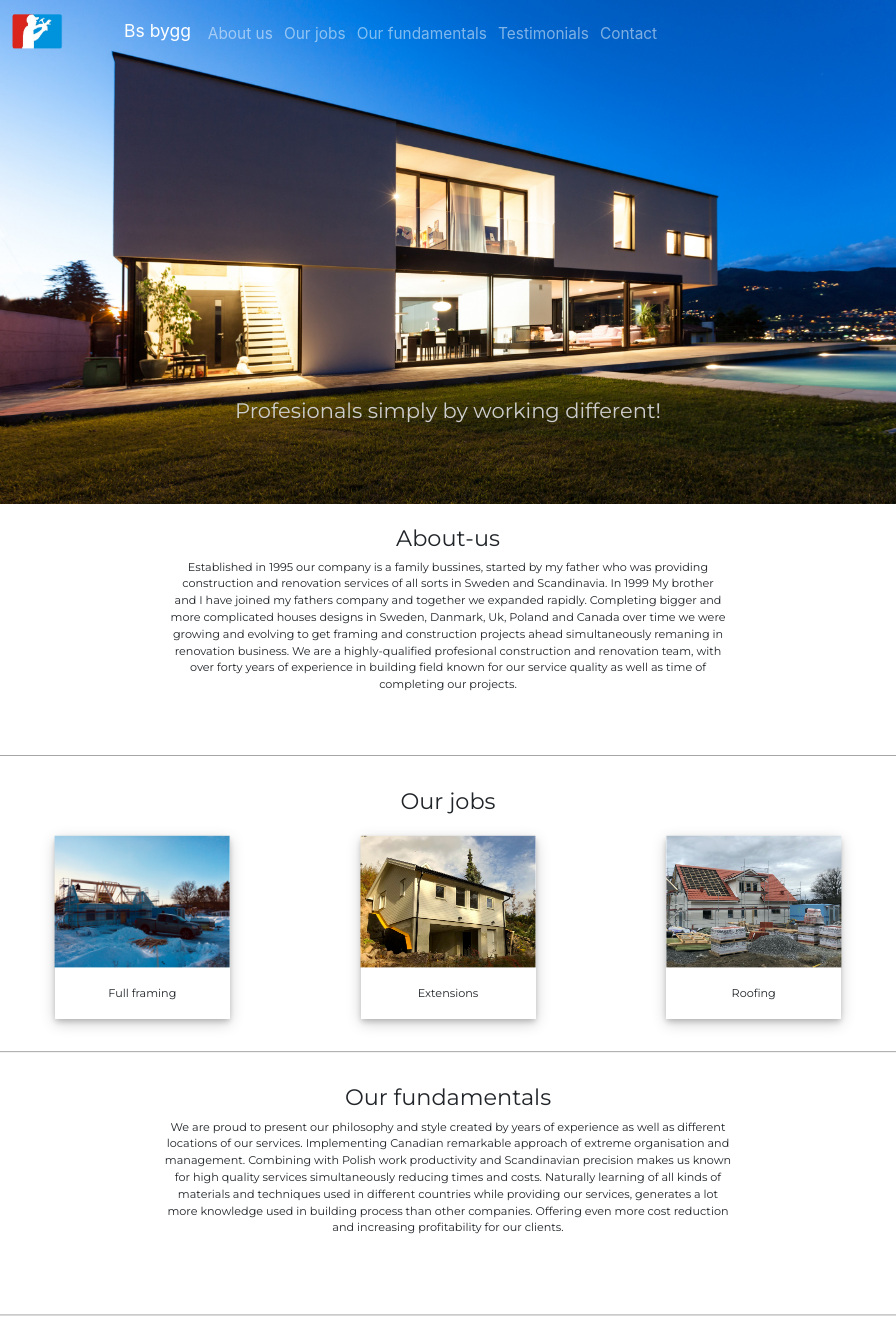
Repository: Bartie1982/milestone-project-1
Page: index.html
The author's editor kept a record of every edit. The page is drawn from the files as they stood at one moment, then again after the next edit.
The browser window is 1280 px wide. The pictures show the part of the page from y = 0 to 1920 px (the page is 2776 px tall), at 70% of full size.

Above is the page before.

### index.html
<!DOCTYPE html>
<html lang="en">

<head>
    <meta charset="UTF-8">
    <meta name="viewport" content="width=device-width, initial-scale=1.0">
    <meta http-equiv="X-UA-Compatible" content="ie=edge">
    <link rel="stylesheet" href="https://stackpath.bootstrapcdn.com/bootstrap/4.3.1/css/bootstrap.min.css" type="text/css" />
    <link rel="stylesheet" href="https://stackpath.bootstrapcdn.com/font-awesome/4.7.0/css/font-awesome.min.css" type="text/css" />
    <link rel="stylesheet" href="assets/css/style.css" type="text/css" />
    <title>BsBygg</title>
</head>

<body>
    <header>
        <div class="container-fluid">
            <div class="row">
                    <div class="col-lg-12 col-md-12 col-xs-12 d-flex">
                        <a href="index.html">
                        <img class="img logo sticky-top" src="./assets/images/logo1.png" alt="Bs.bygg">
                        </a>
                        <nav class="navbar navbar-expand-xl navbar-dark">
                            <a class="navbar-brand" href="index.html">Bs bygg</a>
                                <button class="navbar-toggler" type="button" data-toggle="collapse" data-target="#navbarNav" aria-controls="navbarNav" aria-expanded="false" aria-label="Toggle navigation">
                                     <span class="navbar-toggler-icon"></span>
                                </button>
                                <div class="collapse navbar-collapse" id="navbarNav">
                                    <ul class="navbar-nav">
                                        <li class="nav-item">
                                            <a class="nav-link" href="#about-us">About us</a>
                                        </li>
                                        <li class="nav-item">
                                            <a class="nav-link" href="#our-jobs">Our jobs</a>
                                        </li>
                                        <li class="nav-item">
                                            <a class="nav-link" href="#our-fundamentals">Our fundamentals</a>
                                        </li>
                                        <li class="nav-item">
                                            <a class="nav-link" href="#testimonials">Testimonials</a>
                                        </li>
                                        <li class="nav-item">
                                            <a class="nav-link" href="#contact">Contact</a>
                                        </li>
                                    </ul>
                                </div>
                        </nav>
                    </div>
            </div>
        </div>
            <div class="h-75 d-inline-block col-lg-12 col-xs-12 d-flex justify-content-center quote">
                        <p class="align-self-end">Profesionals simply by working different!</p>
            </div>
    </header>

    <section>
        <div class="d-flex justify-content-center" id="about-us">
            <div class="col-md-8 about-us">
                <h2>About-us</h2>

                <p class="col-md-12 text-space">Established in 1995 our company is a family bussines,
                started by my father who was providing construction and renovation services of all sorts in Sweden and Scandinavia.
                In 1999 My brother and I have joined my fathers company and together we expanded rapidly.
                Completing bigger and more complicated houses designs in Sweden, Danmark, Uk, Poland and Canada over time  we were growing and evolving to get framing and construction projects ahead simultaneously remaning in renovation business.
                We are a highly-qualified profesional construction and renovation team, with over forty years of experience in building field known for our service quality as well as time of completing our projects.
                </p>

            </div>
        </div>

        <div class="row">
            <div class="col-md-12 h-line4">
                <hr>
            </div>
        </div>

    </section>
    <section>
        <div class="row" id="our-jobs">
            <div class="col-md-12 Our-jobs">
                <h2>Our jobs</h2>
                    <div class="row d-flex justify-content-around">
                        <div class="col-sm-12 col-md-12 col-lg-4">
                            <div class="polaroid">
                        <img src="./assets/images/balsta-light.jpg" alt="Full framing" style="width:100%">
                             <div class="container p">
                             <p>Full framing</p>
                             </div>
                       </div>
                        </div>
                        <div class="col-sm-12 col-md-12 col-lg-4">
                            <div class="polaroid">
                        <img src="./assets/images/akersberga-ed.jpg" alt="Extensions" style="width:100%">
                             <div class="container p">
                             <p>Extensions</p>
                             </div>
                       </div>
                        </div>
                        <div class="col-sm-12 col-md-12 col-lg-4">
                            <div class="polaroid">
                        <img src="./assets/images/tak-arbetet-ed.jpg" alt="Roofing" style="width:100%">
                             <div class="container p">
                             <p>Roofing</p>
                         </div>
                        </div>
                    </div>
                </div>
            </div>
        </div>
    </section>
    <section>
        <div class="row">
            <div class="col-md-12 h-line3">
                <hr>
            </div>
        </div>
        <div class="row d-flex justify-content-center" id="our-fundamentals">
            <div class="col-md-8 our-fundamentals">
                <h2>Our fundamentals</h2>

                <p class="col-md-12 text-space">We are proud to present our philosophy and style created by years of experience as well as different locations of our services.
                Implementing  Canadian remarkable approach of extreme organisation and management.
                Combining with Polish work productivity and Scandinavian precision makes us known for high quality services simultaneously reducing times and costs.
                Naturally learning of all kinds of materials and techniques used in different countries while providing our services, generates a lot more knowledge used in building process than other companies. Offering even more
                cost reduction and increasing profitability for our clients.
                </p>
            </div>
        </div>

        <div class="row">
            <div class="col-md-12 h-line4">
                <hr>
            </div>
        </div>
    </section>
    <section>
        <div class="row" id="testimonials">
            <div class="col-md-12 Testimonials">
                <h2>Testimonials</h2>
                    <div class="row people d-flex justify-content-around">
                        <div class="col-sm-12 col-md-4 person">
                            <img class="img-fluid" src="./assets/images/Face 6.jpg" alt="Peter">
                            <p class="text-space"><i>"It's verry professional company with services worth recomending to everyone."</i><br><b>PETER</b></p>
                        </div>
                        <div class="col-sm-12 col-md-4 person">
                            <img class="img-fluid" src="./assets/images/Face 4.jpg" alt="Henrik">
                            <p class="text-space"><i>"Very good prepared and colaborative, I could see right away I have been hired profesionals."</i><br><b>HENRIK</b></p>
                        </div>
                        <div class="col-sm-12 col-md-4 person">
                            <img class="img-fluid" src="./assets/images/Face 7.jpg" alt="Frida">
                            <p class="text-space">"<i>Work was well planed, well orginased and definetly quick and clean."</i><br><b>FRIDA</b></p>
                        </div>
                    </div>
            </div>
                <div class="row">
                    <div class="col-md-12 h-line4">
                        <hr>
                    </div>
                </div>
    </section>
    <footer class="container-fluid" id="contact">
        <div class="row">
                <div class="col-lg-6 col-md-6 col-sm-12 mx-auto">
                    <h4 class="general-sub w-50 mx-auto">Contact</h4>

                        <div class="w-50 mx-auto">
                            <div>
                            <p><b>Email:</b> contact@bsbygg.com</p>
                            </div>
                            <div>
                            <p><b>Mobile:</b> 0704645042 </p>
                            </div>
                            <div>
                            <p><b>Adress:</b> Petersbergsvagen 5 <br>185 34 Vaxholm</p>
                        </div>
                </div>
        </div>
            <div class="col-lg-6 col-md-6 col-sm-12 social mx-auto">
                <h4 class="general-sub w-50 mx-auto">Social</h4>
                <ul class="list-inline social-links w-50 mx-auto">
                <li class="list-inline-item">
                    <a target="_blank" href="https://www.linkedin.com/">
                        <i class="fa fa-linkedin" aria-hidden="true"></i>
                        <span class="sr-only">Linkedin</span>
                    </a>
                </li>

                <li class="list-inline-item">
                    <a target="_blank" href="https://www.facebook.com/">
                        <i class="fa fa-facebook" aria-hidden="true"></i>
                        <span class="sr-only">Facebook</span>
                    </a>

                </li>
                <li class="list-inline-item">
                    <a target="_blank" href="https://www.pinterest.com/">
                        <i class="fa fa-pinterest" aria-hidden="true"></i>
                        <span class="sr-only">Pinterest</span>
                    </a>
                </li>
                <li class="list-inline-item">
                    <a target="_blank" href="https://www.instagram.com/">
                        <i class="fa fa-instagram" aria-hidden="true"></i>
                        <span class="sr-only">Instagram</span>
                    </a>
                </li>

                </ul>
            </div>
        </div>
        <div class="d-flex justify-content-center">
            <p class="">All rights reserved  Bartosz Szkaradzinski 2020</p>
        </div>
    </footer>
</body>

</html>

### assets/css/style.css
@import url('https://fonts.googleapis.com/css?family=Montserrat&display=swap:100,200,300,400,500,600,700|Exo:100,200,300,400,500,600,700');


/*----------------------------------------------Colours*/
.bg-color-name-title {
      color: #000234;
}



/*----------------------------------------------Heading*/

html, body {
    width: 100vw;
    overflow-x: hidden;
    overflow-y: auto;
}

header {
    height: 100vh;
    margin: 0;
    background: url("../images/Villa1.jpg");
    background-repeat: no-repeat;
    background-size: cover;


}

.logo {
    float: right;
    background-repeat: no-repeat;
    background-size: 30px;
    min-height: 20px;
    height: 50px;
    margin-top: 20px;
    margin-right: 10px;

}

.navbar {
    margin-top: 13px;
    margin-left: 60px;
}

.navbar-dark {
    position: relative;
    font-size: 22px;

}

.navbar-brand {
    margin-bottom: 8px;
    font-size: 25px;

}

.quote {
    margin-bottom: 0;
    float: right;
    color: #cdcdcd;
    font-family: "Exo", Montserrat;
    font-weight: 100;
    font-size: 30px;

}


/*----------------------------------------------About us*/

.about-us {

    font-family: "Exo", Montserrat;
    margin-top: 30px;
    text-align: center;
    min-height: 300px;

}

/*----------------------------------------------Our fundamentals*/



.our-fundamentals {
    font-family: "Exo", Montserrat;
    margin-top: 30px;
    text-align: center;
    min-height: 300px;
}




/*----------------------------------------------Our jobs*/

.polaroid {
  width: 250px;
  box-shadow: 0 4px 8px 0 rgba(0, 0, 0, 0.2), 0 6px 20px 0 rgba(0, 0, 0, 0.19);
  text-align: center;
  margin: 30px auto 30px auto;

}

.Our-jobs {
    font-family: "Exo", Montserrat;
    margin-top: 30px;
    text-align: center;
    min-height: 300px;

}


/*----------------------------------------------Testimonials*/

.container p {
  padding: 25px;
}
.people {
    margin-top:20px;
    margin-bottom: 40px;
}
.person {

    height: inherit;
    margin-bottom: 30px;
}
.person img {
    width: 50%;
    margin-left: auto;
    margin-right: auto;
}
.person p {
    padding-left: 30px;
    padding-right: 30px;
}


.name {
    font-family: "Exo", Montserrat;
    background-position: center;
    margin-top: 50px;
    font-weight: 100;
    min-height: 100px;
    font-size: 46px;
    color: #fff;

}

.Testimonials {
    font-family: "Exo", Montserrat;
    margin-top: 30px;
    text-align: center;
    min-height: 300px;

}

/*----------------------------------------------Spacers/lines/margins/paddings/text */

h1,
h2,
h3,
h4 {
       margin: 0;
}



hr {
    background-color: grey;
    height: 1px;
    border: 0; }

.h-line3 {
    margin-top: 0;

}

.h-line4 {
    margin-top: 1%;
}

.text-space {
    margin-top: 10px;
    margin-bottom: 10px;
}

.general-sub {
    margin-top: 20px;
    margin-bottom: 10px;
    color: #fafafa;
    font-family: "Exo", Montserrat;
    font-weight: 300;

}

.inline-block {
    display: inline-block;

}

/*----------------------------------------------Footer*/

footer {
    background-color: #525252;
    color: #fafafa;
    min-height: 240px;
}

.contact {
    margin-left: auto;
    margin-right: auto;

}

.quote-pdf i {
    font-size: 20px;
    color: #fafafa;
    text-align: center;
    padding-left: 8px;
    transition: all 0.45s ease-in;
    -moz-transition: all 0.45s ease-in;
    -webkit-transition: all 0.45s ease-in;
    -o-transition: all 0.45s ease-in;
}

.quote-pdf i:hover {
    color: #40A8AF;

}
.social {
     margin-right: auto;
     margin-left: auto;
}

.social-links li a i {
    width: 30px;
    height:30px;
    padding: 15px;
    border-radius: 15%;
    font-size: 15px;
    line-height: 10px;
    text-align: center;
    color: #fafafa;
    background: #8f8f8f;
    transition: all 0.35s ease-in;
    -moz-transition: all 0.35s ease-in;
    -webkit-transition: all 0.35s ease-in;
    -o-transition: all 0.35s ease-in;
}

.social-links li a i:hover {
    background: #40A8AF;
}

After the next edit:
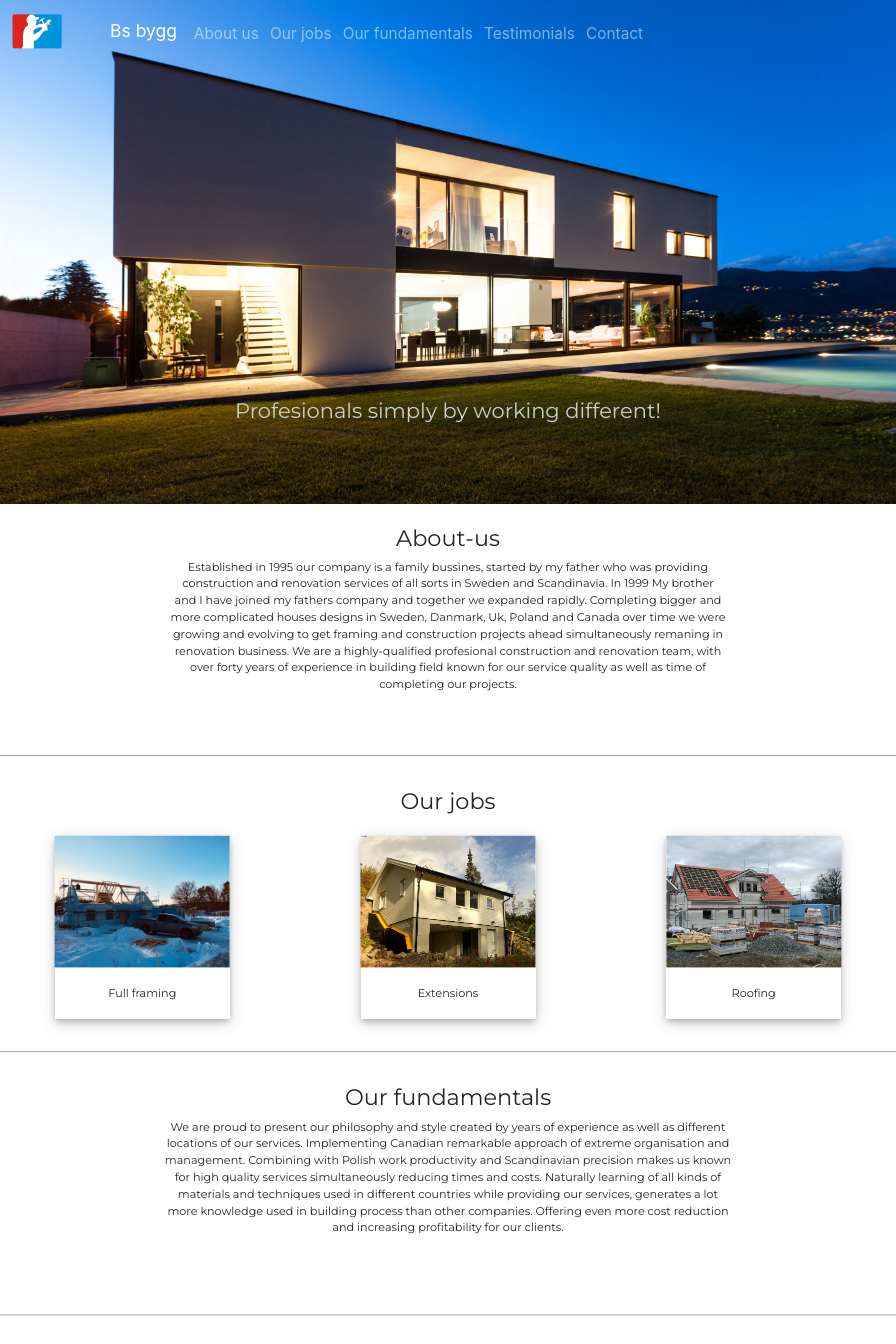
The edit:
--- a/assets/css/style.css
+++ b/assets/css/style.css
@@ -39,7 +39,7 @@
 
 .navbar {
     margin-top: 13px;
-    margin-left: 60px;
+    margin-left: 40px;
 }
 
 .navbar-dark {
